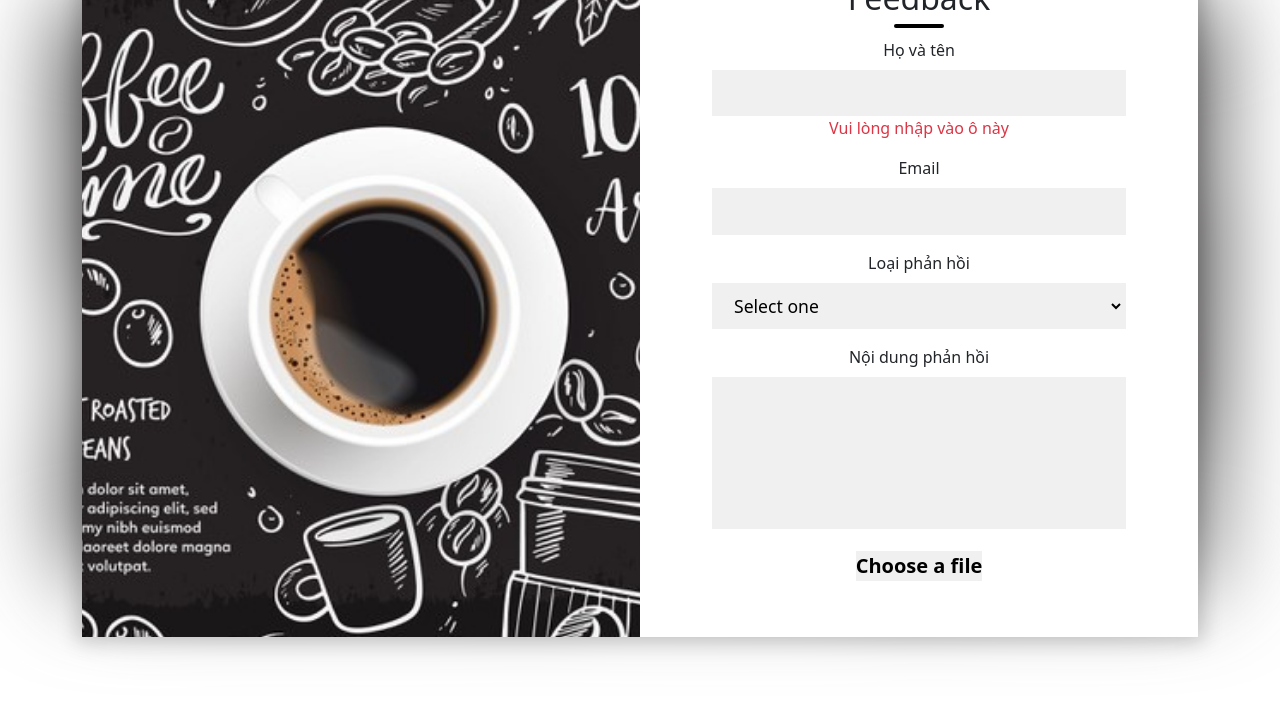
Repository: LeDongGyC/html-css
Page: HTML CSS/prototype/index.html
The author's editor kept a copy of each file at every save. The page is drawn from the files as they stood at one save, then again after the next save.
The browser window is 1280 px wide. The pictures show the whole page.
The style sheet was rebuilt from its Sass, Less or Tailwind sources for each picture, by a compiler version that may differ from the author's.

Above is the page before, as saved 2023-05-24 10:31:14.

After the next save:
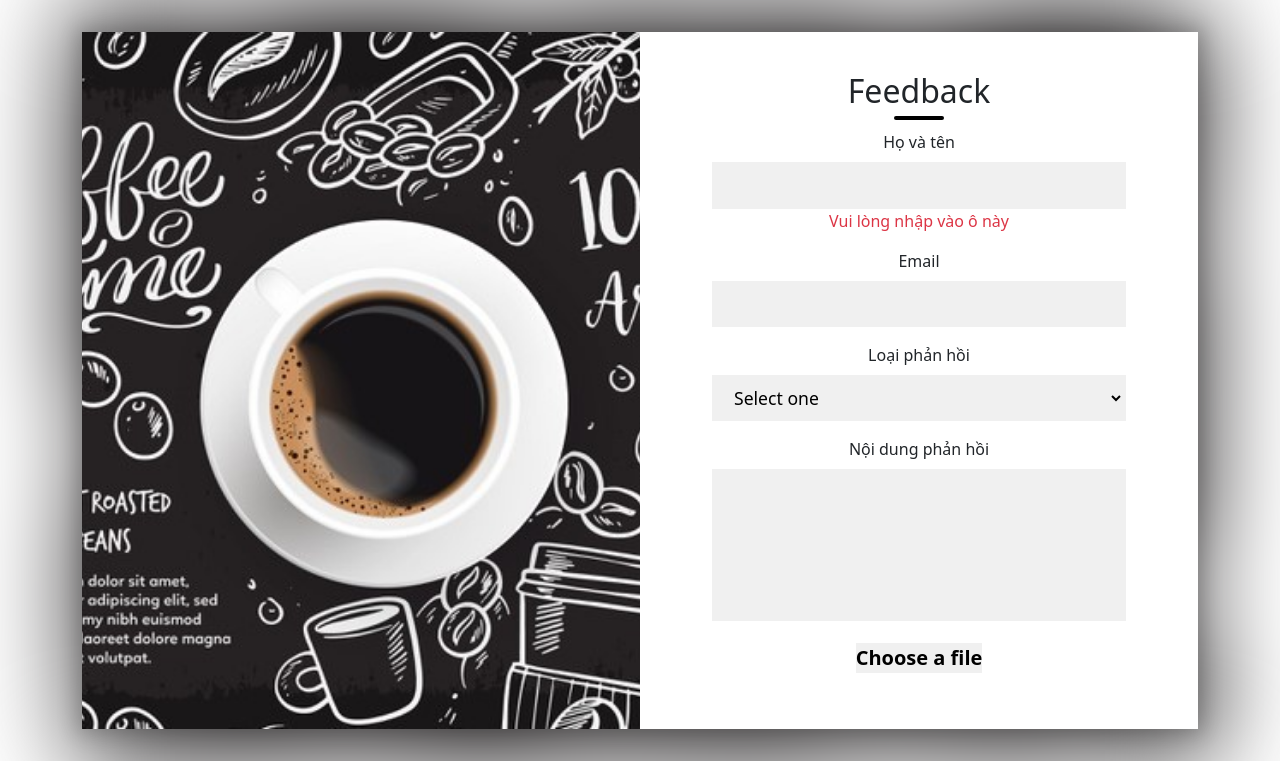
Saved 13 s later.
--- a/HTML CSS/prototype/style.scss
+++ b/HTML CSS/prototype/style.scss
@@ -8,7 +8,7 @@ body {
   font-size: 1.6rem;
   font-family: "Arial", sans-serif;
   font-weight: normal;
-  height: 100vh;
+  // height: 100vh;
   width: 100%;
 }
 .container {
